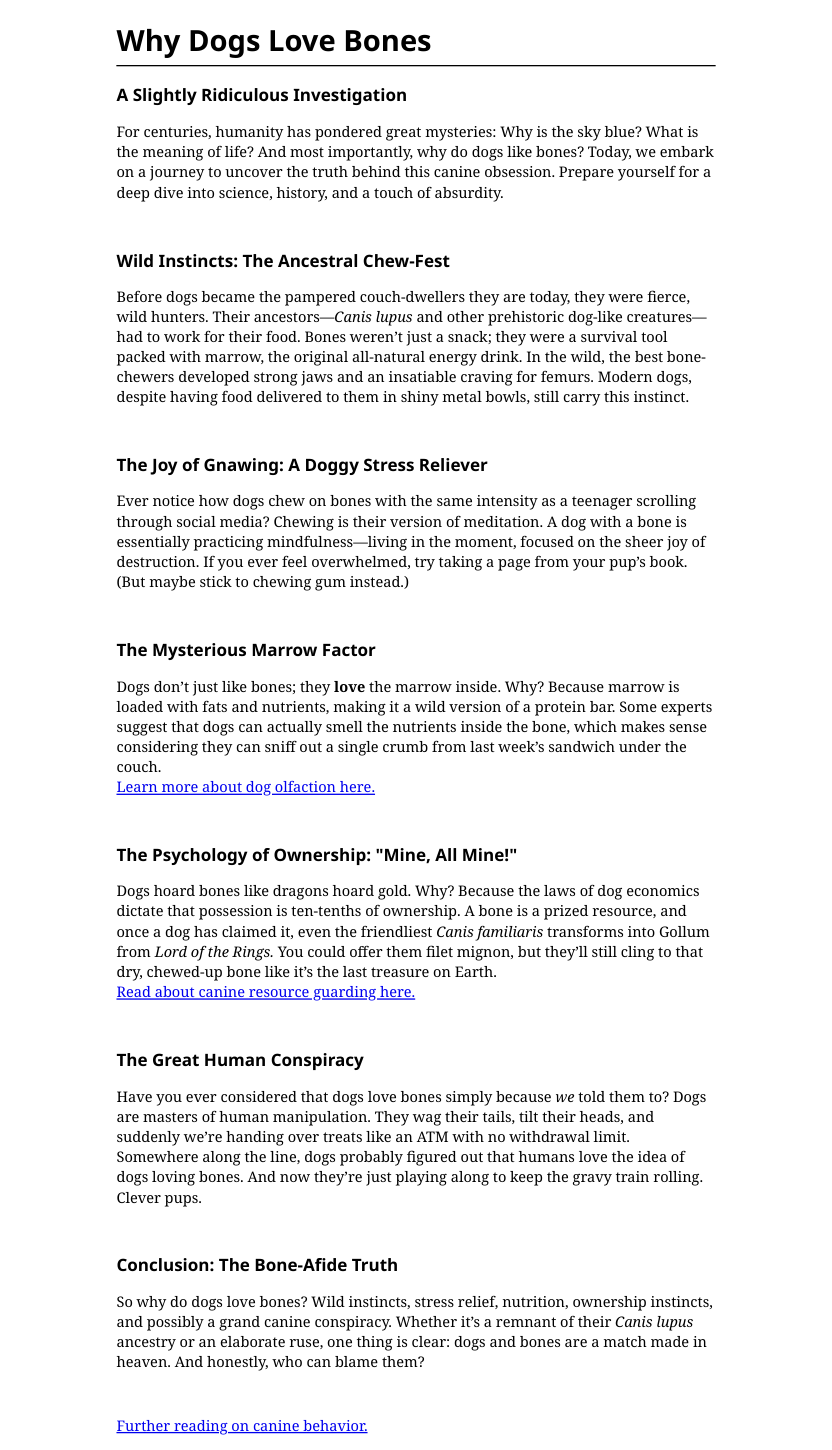
Repository: Leith-vdl/apprentice-challenge-1
Page: index.html
An editor plug-in stored every save of this project. The page is shown before and after the next save, followed by the edit.
The browser window is 1280 px wide. The pictures show the whole page, at 65% of full size.

Above is the page before, as saved 2025-01-31 15:27:55.

### index.html
<!DOCTYPE html>
<html lang="en">
<head>
    <meta charset="UTF-8">
    <meta name="viewport" content="width=device-width, initial-scale=1.0">
    <title>Why Dogs Love Bones</title>
    <link rel="stylesheet" href="styles/styles.css">
</head>
<body>
    <header class="page-header">
        <h1 class="page-header-title">
            Why Dogs Love Bones
        </h1>
    </header>
    <main>
        <section>
            <h3 class="section-title">A Slightly Ridiculous Investigation</h3>
            <p class="section-main-text">
                For centuries, humanity has pondered great mysteries: Why is the sky blue? What is the
                meaning of life? And most importantly, why do dogs like bones? Today, we embark on a
                journey to uncover the truth behind this canine obsession. Prepare yourself for a deep dive into
                science, history, and a touch of absurdity.
            </p>
        </section>
        <section>
            <h3 class="section-title">Wild Instincts: The Ancestral Chew-Fest</h3>
            <p class="section-main-text">
                Before dogs became the pampered couch-dwellers they are today, they were fierce, wild
                hunters. Their ancestors—<i>Canis lupus</i> and other prehistoric dog-like creatures—had to work for
                their food. Bones weren’t just a snack; they were a survival tool packed with marrow, the
                original all-natural energy drink. In the wild, the best bone-chewers developed strong jaws
                and an insatiable craving for femurs. Modern dogs, despite having food delivered to them in
                shiny metal bowls, still carry this instinct.
            </p>
        </section>
        <section>
            <h3 class="section-title">The Joy of Gnawing: A Doggy Stress Reliever</h3>
            <p class="section-main-text">
                Ever notice how dogs chew on bones with the same intensity as a teenager scrolling through
                social media? Chewing is their version of meditation. A dog with a bone is essentially practicing
                mindfulness—living in the moment, focused on the sheer joy of destruction. If you ever feel
                overwhelmed, try taking a page from your pup’s book. (But maybe stick to chewing gum
                instead.)
            </p>
        </section>
        <section>
            <h3 class="section-title">The Mysterious Marrow Factor</h3>
            <p class="section-main-text">
                Dogs don’t just like bones; they <b>love</b> the marrow inside. Why? Because marrow is loaded with
                fats and nutrients, making it a wild version of a protein bar. Some experts suggest that dogs
                can actually smell the nutrients inside the bone, which makes sense considering they can sniff
                out a single crumb from last week’s sandwich under the couch.<br>
                <a href="https://vcahospitals.com/know-your-pet/how-dogs-use-smell-to-perceive-the-world" target="_blank">Learn more about dog olfaction here.</a>
            </p>
        </section>
        <section>
            <h3 class="section-title">The Psychology of Ownership: "Mine, All Mine!"</h3>
            <p class="section-main-text">
                Dogs hoard bones like dragons hoard gold. Why? Because the laws of dog economics dictate
                that possession is ten-tenths of ownership. A bone is a prized resource, and once a dog has
                claimed it, even the friendliest <i>Canis familiaris</i> transforms into Gollum from <i>Lord of the Rings.</i>
                You could offer them filet mignon, but they’ll still cling to that dry, chewed-up bone like it’s the
                last treasure on Earth.<br>
                <a href="https://www.battersea.org.uk/pet-advice/dog-advice/dealing-resource-guarding?gad_source=1&gclid=Cj0KCQiAhvK8BhDfARIsABsPy4h3CRlVVPVANZfAc-HngzDTwKg5KUgeNuAmZD8EIJDuwS7ktlBpRYQaAjNyEALw_wcB" target="_blank">Read about canine resource guarding here.</a>
            </p>
        </section>
        <section>
            <h3 class="section-title">The Great Human Conspiracy</h3>
            <p class="section-main-text">
                Have you ever considered that dogs love bones simply because <i>we</i> told them to? Dogs are
                masters of human manipulation. They wag their tails, tilt their heads, and suddenly we’re
                handing over treats like an ATM with no withdrawal limit. Somewhere along the line, dogs
                probably figured out that humans love the idea of dogs loving bones. And now they’re just
                playing along to keep the gravy train rolling. Clever pups.
            </p>
        </section>
        <section>
            <h3 class="section-title">Conclusion: The Bone-Afide Truth</h3>
            <p class="section-main-text">
                So why do dogs love bones? Wild instincts, stress relief, nutrition, ownership instincts, and
                possibly a grand canine conspiracy. Whether it’s a remnant of their <i>Canis lupus</i> ancestry or an
                elaborate ruse, one thing is clear: dogs and bones are a match made in heaven. And honestly,
                who can blame them?
            </p>
        </section>
    </main>
    <footer>
        <p>
            <a href="https://en.wikipedia.org/wiki/Dog_behavior" target="_blank">Further reading on canine behavior.</a>
        </p>
    </footer>
</body>
</html>

### styles/styles.css
body {
    margin: 1em 8em;
    font-size: 1.4em;
    font-family: Georgia, 'Times New Roman', Times, serif
}

.page-header {
    border-bottom: 2px solid black;
}

h1.page-header-title, h3.section-title {
    font-family: 'Segoe UI', Tahoma, Geneva, Verdana, sans-serif;
    margin-bottom: 0.2em;
}

p.section-main-text {
    padding-bottom: 2em;
}

After the next save:
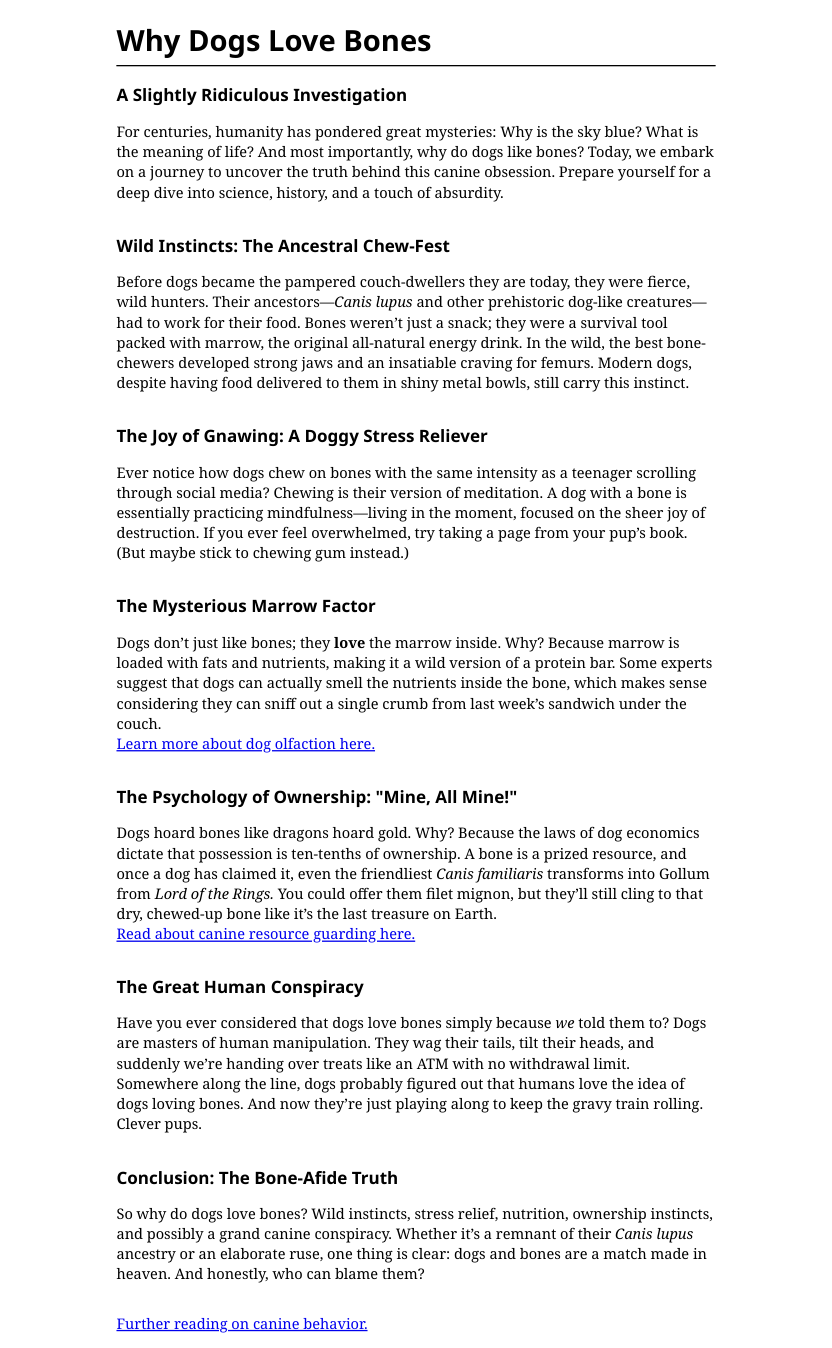
Saved 5 s later.
--- a/styles/styles.css
+++ b/styles/styles.css
@@ -14,5 +14,5 @@ h1.page-header-title, h3.section-title {
 }
 
 p.section-main-text {
-    padding-bottom: 2em;
+    padding-bottom: 1em;
 }
